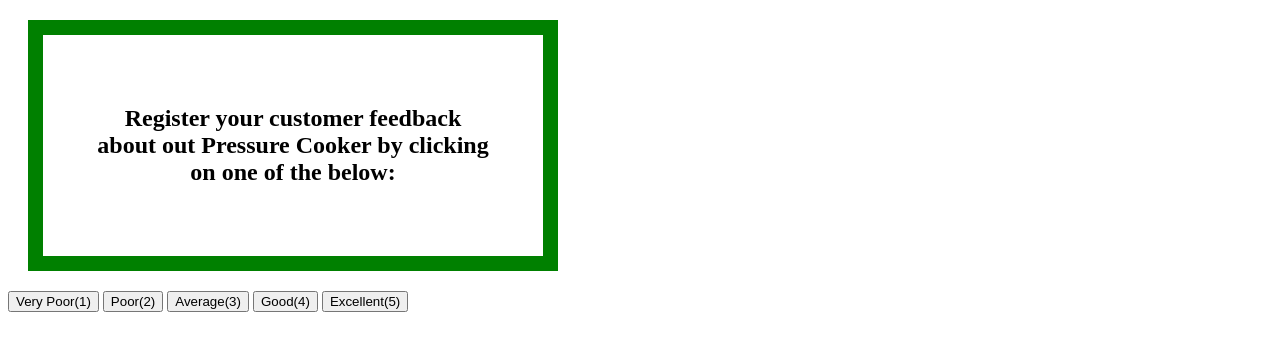
Repository: isaurabhkr/Spring-JavaCourse-101
Page: Spring/WP/GoodsteamProject/WebContent/input.html
An editor plug-in stored every save of this project. The page is shown before and after the next save, followed by the edit.
The browser window is 1280 px wide. The pictures show the whole page.

Above is the page before, as saved 2019-08-06 07:40:05.

After the next save:
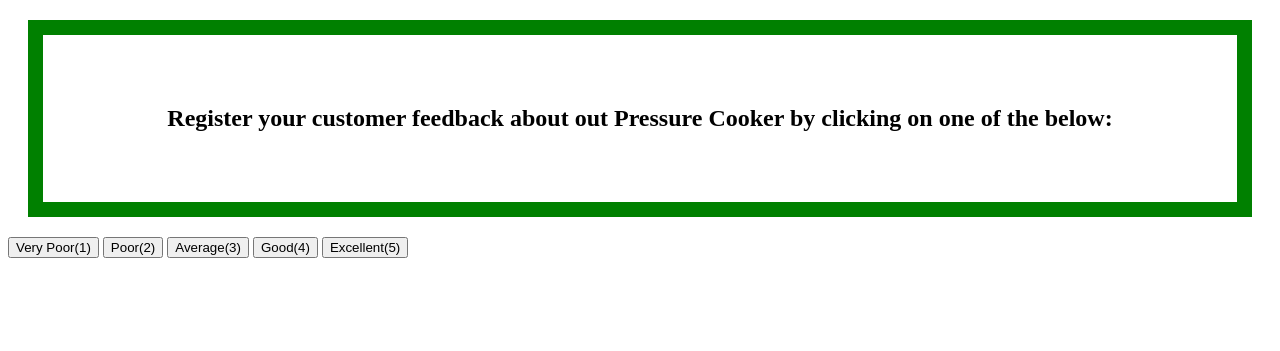
Saved 19 s later.
--- a/Spring/WP/GoodsteamProject/WebContent/input.html
+++ b/Spring/WP/GoodsteamProject/WebContent/input.html
@@ -3,7 +3,6 @@
 <head>
 <style>
 div {
-  width: 400px;
   border: 15px solid green;
   padding: 50px;
   margin: 20px;
